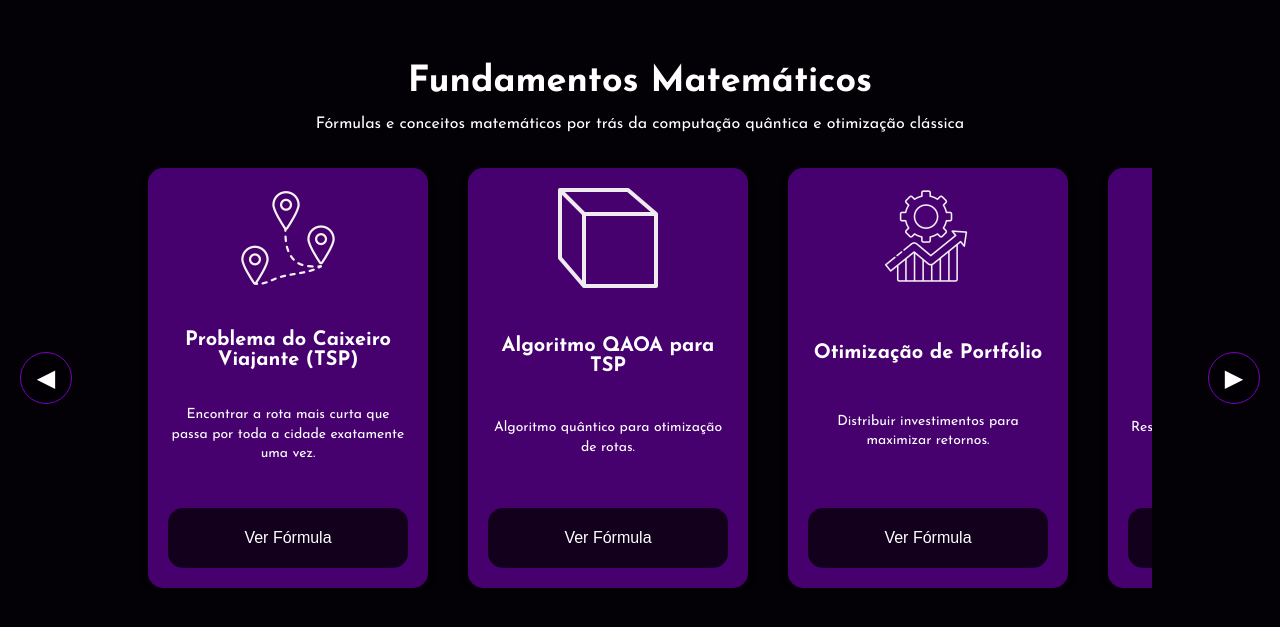
Repository: Everson9/Projeto-de-escalabilidade-quantica-definitivo
Page: fundamentos.html
These files come from the project's save history. The page is drawn as it stood at one moment and after a run of saves; the edit follows.
The browser window is 1280 px wide. The pictures show the whole page.

Above is the page before, as saved 2025-10-01 10:43:03.
Not found: script.js

### fundamentos.html
<!DOCTYPE html>
<html lang="pt-br">
<head>
    <meta charset="UTF-8">
    <meta name="viewport" content="width=device-width, initial-scale=1.0">
    <title>Fundamentos Matemáticos</title>
    <link rel="stylesheet" href="fundamentos.css">
    <link href="https://fonts.googleapis.com/css2?family=Josefin+Sans:wght@400;700&display=swap" rel="stylesheet">
</head>
<body>

    <div class="fundamentos-matematicos">
        <h1>Fundamentos Matemáticos</h1>
        <p>Fórmulas e conceitos matemáticos por trás da computação quântica e otimização clássica</p>
    </div>

    <!-- Wrapper para o carrossel e as setas -->
    <div class="carousel-wrapper">
        <!-- Seta Esquerda -->
        <div id="prev-btn" class="carousel-btn">&#9664;</div>

        <!-- Container do Carrossel -->
        <div class="carousel-container">
            <div class="carousel-track">
                <!-- Cards Originais (Apenas os 4 originais são necessários, o JS cuidará da clonagem) -->
                <div class="formula_1">
                    <img src="imgs_icones/CaixeiroViajante.png" alt="Ícone do Problema do Caixeiro Viajante">
                    <h4>Problema do Caixeiro Viajante (TSP)</h4>
                    <p>Encontrar a rota mais curta que passa por toda a cidade exatamente uma vez.</p>
                    <button class="button"><a href="caixeiroviajante.html">Ver Fórmula</a></button>
                </div>
                <div class="formula_1">
                    <img src="imgs_icones/QAOA.png" alt="Ícone do Algoritmo QAOA">
                    <h4>Algoritmo QAOA para TSP</h4>
                    <p>Algoritmo quântico para otimização de rotas.</p>
                    <button class="button"><a href="AlgoritmoQAOA.html">Ver Fórmula</a></button>
                </div>
                <div class="formula_1">
                    <img src="imgs_icones/OtimizacaoPortfolio.png" alt="Ícone de Otimização de Portfólio">
                    <h4>Otimização de Portfólio</h4>
                    <p>Distribuir investimentos para maximizar retornos.</p>
                    <button class="button"><a href="caixeiroviajante.html">Ver Fórmula</a></button>
                </div>
                <div class="formula_1">
                    <img src="imgs_icones/ComplexidadeComputacional.png" alt="Ícone de Complexidade Computacional">
                    <h4>Complexidade Computacional</h4>
                    <p>Resolver problemas que crescem com muitos elementos.</p>
                    <button class="button"><a href="Complexidade.html">Ver Fórmula</a></button>
                </div>
            </div>
        </div>

        <!-- Seta Direita -->
        <div id="next-btn" class="carousel-btn">&#9654;</div>
    </div>

    <!-- NOVO: Container para os indicadores (pontos) -->
    <div class="carousel-indicators"></div>

    <!-- Adicionando o arquivo JavaScript -->
    <script src="script.js"></script>

</body>
</html>

### fundamentos.css
body {
    background-color: #030105;
    font-family: 'Josefin Sans', sans-serif;
    color: #fff;
    margin: 0;
    padding: 0;
    display: flex;
    flex-direction: column;
    align-items: center;
    justify-content: flex-start;
    text-decoration: none;
    overflow-x: hidden; /* Esconde a barra de rolagem horizontal */
}

.fundamentos-matematicos {
    text-align: center;
    color: white;
    margin-top: 40px;
    margin-bottom: 20px;
}

h1 {
    font-size: 36px;
    margin-bottom: 10px;
}

/* Estilos dos Cards */
.formula_1 {
    width: 240px;
    height: 380px;
    background-color: #7703BA96;
    border-radius: 15px;
    padding: 20px;
    display: flex;
    flex-direction: column;
    justify-content: space-between;
    box-shadow: 0 4px 8px rgba(0, 0, 0, 0.2);
    margin: 0 20px; /* Espaçamento entre os cards */
    flex-shrink: 0; /* Impede que os cards encolham */
}

.formula_1 h4 {
    font-size: 20px;
    margin-bottom: 10px;
    text-align: center;
}

.formula_1 img {
    width: 100px;
    height: 100px;
    margin: 0 auto;
}

.formula_1 p {
    text-align: center;
    font-size: 14px;
    line-height: 1.4;
    margin-top: 10px;
}

.button {
    background-color: #030105C2;
    border: none;
    padding: 10px;
    color: white;
    font-size: 16px;
    text-align: center;
    height: 60px;
    border-radius: 15px;
    cursor: pointer;
    text-decoration: none;
    margin-top: 15px;
    transition: background-color 0.3s;
}

.button a {
    text-decoration: none;
    color: white;
    display: block;
    line-height: 40px;     /* Centraliza o texto verticalmente dentro do botão (ajuste se a altura do botão mudar) */
}

.button:hover a{
    background-color: #ffffffc2;
    color: #030105;
}

/* --- Novas Classes para o Carrossel --- */

.carousel-wrapper {
    position: relative; /* Necessário para posicionar as setas */
    width: 100%;
    display: flex;
    align-items: center;
    justify-content: center;
}

.carousel-container {
    width: 80%; /* Ajuste a largura conforme necessário */
    overflow: hidden;
}

.carousel-track {
    display: flex;
    transition: transform 0.5s ease-in-out; /* Animação para a transição */
}

.carousel-btn {
    position: absolute;
    top: 50%;
    transform: translateY(-50%) rotate(0deg); /* Começa sem rotação */
    background-color: rgba(3, 1, 5, 0.8);
    color: white;
    border: 1px solid #7703BA;
    border-radius: 50%;
    width: 50px;
    height: 50px;
    display: flex;
    align-items: center;
    justify-content: center;
    font-size: 24px;
    cursor: pointer;
    z-index: 10;
    transition: background-color 0.3s, transform 0.3s ease;
}

.carousel-btn.rotate {
    transform: translateY(-50%) rotate(180deg); /* Girando 180 graus */
}

.carousel-btn:hover {
    background-color: #7703BA;
    transform: translateY(-50%) scale(1.1);
}

#prev-btn {
    left: 20px; /* Posição da seta esquerda */
}

#next-btn {
    right: 20px; /* Posição da seta direita */
}

/* --- Estilos para os Indicadores (Pontos) --- */
.carousel-indicators {
    display: flex;
    justify-content: center;
    margin-top: 20px;
}

.indicator-dot {
    width: 12px;
    height: 12px;
    border-radius: 50%;
    background-color: #777;
    margin: 0 5px;
    cursor: pointer;
    transition: background-color 0.3s ease;
}

.indicator-dot.active {
    background-color: #7703BA; /* Cor roxa para o ponto ativo */
}

@media (max-width: 768px) {
    .carousel-container {
        width: 90%;
    }

    .carousel-btn {
        width: 40px;
        height: 40px;
        font-size: 20px;
    }

    #prev-btn {
        left: 5px;
    }

    #next-btn {
        right: 5px;
    }

    .formula_1 {
        width: 220px;
        height: 360px;
    }
}

After the next 2 saves:
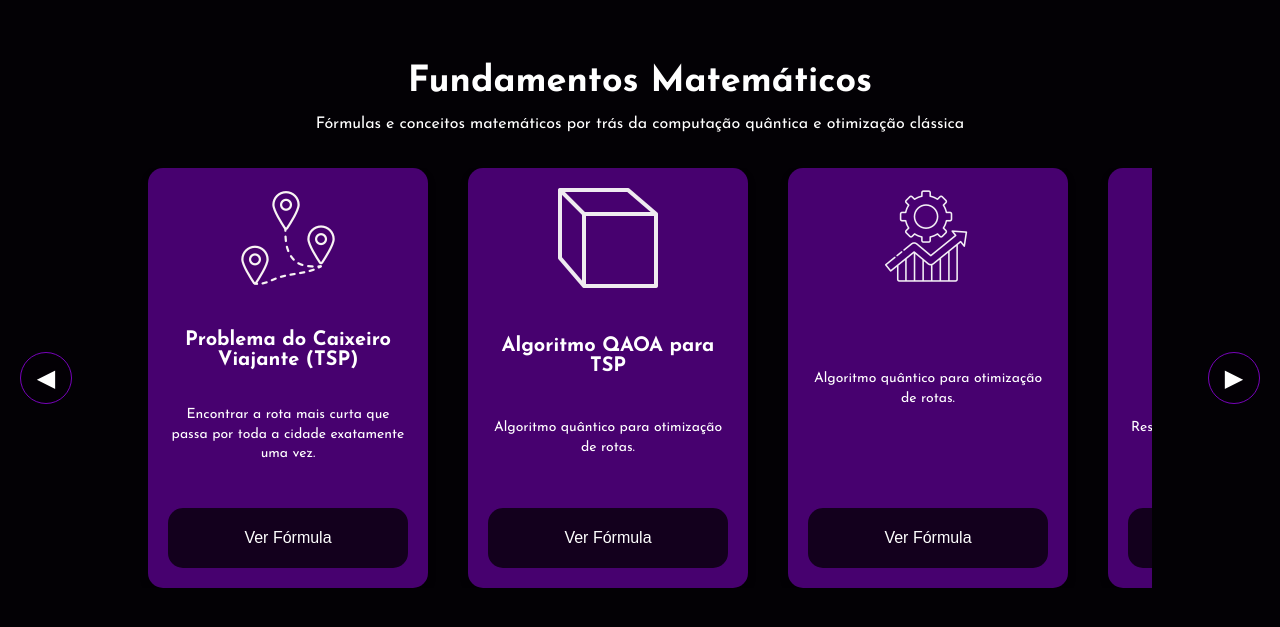
The 2 saves are shown as one change because they came seconds apart.
The last was saved 24 s later.
--- a/fundamentos.html
+++ b/fundamentos.html
@@ -37,9 +37,9 @@
                 </div>
                 <div class="formula_1">
                     <img src="imgs_icones/OtimizacaoPortfolio.png" alt="Ícone de Otimização de Portfólio">
-                    <h4>Otimização de Portfólio</h4>
-                    <p>Distribuir investimentos para maximizar retornos.</p>
-                    <button class="button"><a href="caixeiroviajante.html">Ver Fórmula</a></button>
+                    <p>Algoritmo quântico para otimização de rotas.</p>
+                    <button class="button"><a href="AlgoritmoQAOA.html">Ver Fórmula</a></button>
+
                 </div>
                 <div class="formula_1">
                     <img src="imgs_icones/ComplexidadeComputacional.png" alt="Ícone de Complexidade Computacional">

After the save that followed:
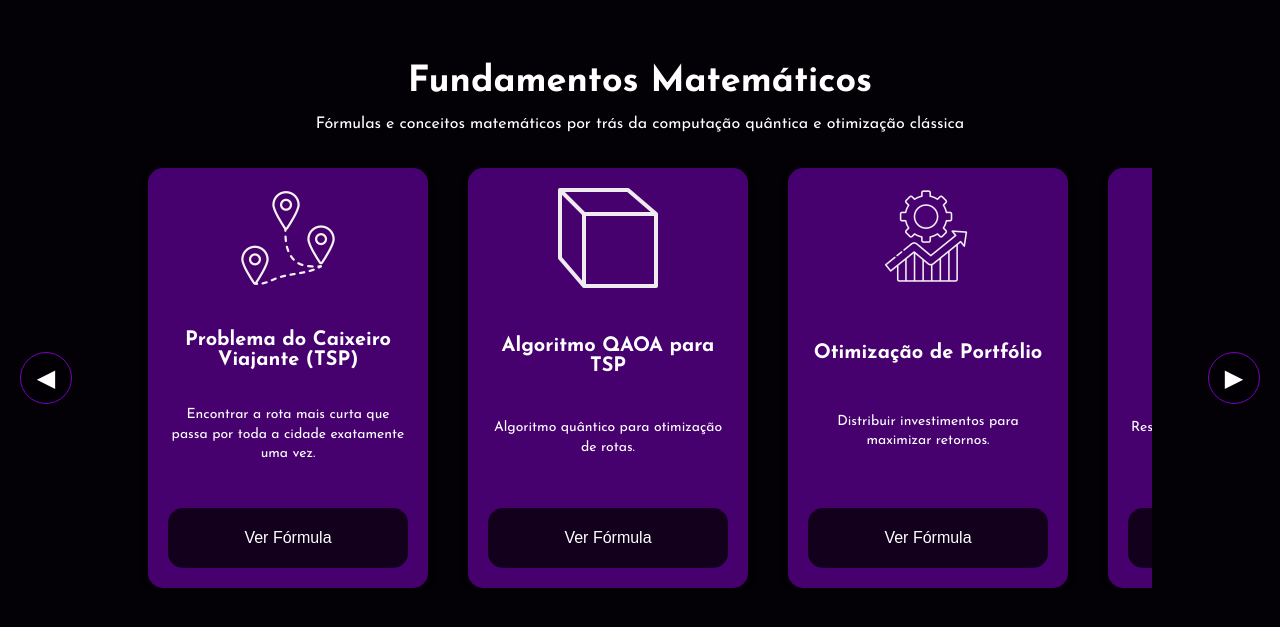
Saved 14 s later.
--- a/fundamentos.html
+++ b/fundamentos.html
@@ -37,9 +37,9 @@
                 </div>
                 <div class="formula_1">
                     <img src="imgs_icones/OtimizacaoPortfolio.png" alt="Ícone de Otimização de Portfólio">
-                    <p>Algoritmo quântico para otimização de rotas.</p>
-                    <button class="button"><a href="AlgoritmoQAOA.html">Ver Fórmula</a></button>
-
+                    <h4>Otimização de Portfólio</h4>
+                    <p>Distribuir investimentos para maximizar retornos.</p>
+                    <button class="button"><a href="caixeiroviajante.html">Ver Fórmula</a></button>
                 </div>
                 <div class="formula_1">
                     <img src="imgs_icones/ComplexidadeComputacional.png" alt="Ícone de Complexidade Computacional">
